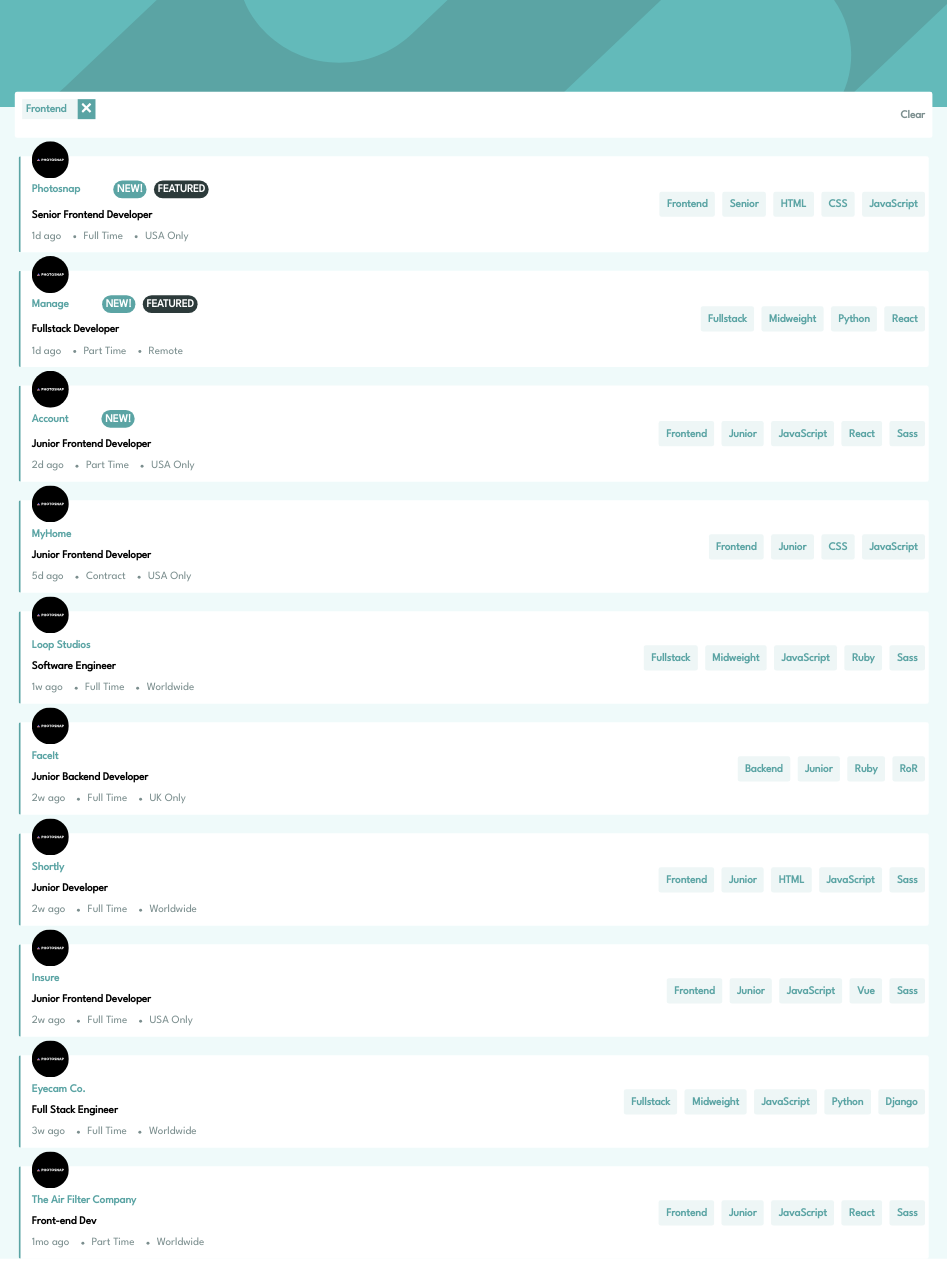
Repository: DevLaukey/job-listing
Page: /
The author's editor kept a copy of each file at every save. The page is drawn from the files as they stood at one save, then again after the next save.
The browser window is 1280 px wide. The pictures show the whole page, at 74% of full size.
Some web fonts or font styles are not loaded; a fallback is used. The project was rebuilt for these pictures with package versions that can differ from the ones it lists, and the page was loaded fresh each time.

Above is the page before, as saved 2022-06-03 01:18:10.

### src/App.js
import "./App.css";
import Filter from "./components/Filter";
import Header from "./components/Header";
import Tablet from "./components/Tablet";
import data from "./data.json";

function App() {
  const tablets = data.map((data) => <Tablet
    key={data.id}
    company={data.company}
    neew={data.new}
    featured={data.featured}
    position={data.position}
    role={data.role}
    level={data.level}
    postedAt={data.postedAt}
    contract={data.contract}
    location={data.location}
    languages={data.languages}
    tools={data.tools}
    logo={data.logo} />);
  return (
    <div className="App">
      <Header />
      <Filter />
      <div className="content">{tablets}</div>
    </div>
  );
}

export default App;

### src/App.css
@import url('https://fonts.googleapis.com/css2?family=Grape+Nuts&family=League+Spartan&display=swap');
*{
  margin: 0;
  padding: 0;
  box-sizing: border-box;
}
.App{
  background-color: hsl(180, 52%, 96%);
  font-size: 15px;
}

### src/components/Filter.js
import React from "react";
import icon from "./images/icon-remove.svg";
function Filter() {
  return (
    <div className="tablet filter">
      <div className="option">
        <p className="front-end">Frontend</p>
        <div className="icon">
          <img src={icon} alt="" />
        </div>
      </div>

      <div className="clear">
        <p>Clear</p>
      </div>
    </div>
  );
}

export default Filter;

### src/components/Header.js
import React from 'react'
import "./styles.css"

function Header() {
  return (
    <header className='header'></header>
  )
}

export default Header

### src/components/Tablet.js
import React from "react";
import "./styles.css";
import logos from "./images/photosnap.svg";
function Tablet({ key, company, logo, neew, featured, position, role, level, postedAt, contract, location, languages, tools }) {
    // console.log(logo);
    // const logos = require(logo).default;
    // console.log(logos)

    const handleFilter =  (e) => {
        console.log(document.getElementById("category").innerHTML);
    }
    return (
      <div className="tablet boarder">
        <div className="tablet_content" >
          <img className="image" src={logos} alt="" />

          <div className="heading">
            <div className="company">
              <p>{company}</p>
            </div>
            <div>{neew && <p className="new">NEW!</p>}</div>
            <div>{featured && <p className="featured">FEATURED</p>}</div>
          </div>
          <div className="title">
            <p>{position}</p>
          </div>
          <div className="details">
            <p>{postedAt}</p>
            <ul className="list">
              <li>{contract}</li>
              <li className="country">{location}</li>
            </ul>
          </div>
          <hr className="line" />
        </div>
          <div className="tags">
            <p className="category" id="category" onClick={handleFilter}>{role}</p>
            <p className="category" onClick={handleFilter}>{level}</p>
            {languages.map((language) => (
              <p className="category" onClick={handleFilter}> {language}</p>
            ))}
            {tools.map((tool) => (
              <p className="category" onClick={handleFilter}> {tool}</p>
            ))}
          </div>
      </div>
    );
}

export default Tablet;

### src/components/styles.css
.header {
  background-image: url(../assets/bg-header-mobile.svg);
  padding: 10vh;
  background-color: hsl(180, 29%, 50%);
}
.tablet {
  background-color: white;
  margin: 25px 25px 20px 25px;
  font-family: "League Spartan", sans-serif;
  border-radius: 3px;
  font-weight: 700;
}
.boarder {
  border-left: 3px solid hsl(180, 29%, 50%);
}
.tablet_content {
  margin-left: 15px;
  margin-right: 25px;
  align-items: center;
}
.image {
  height: 50px;
  margin-top: -20px;
}
.heading {
  display: flex;
}
.company {
  color: hsl(180, 29%, 50%);
  margin-right: 3em;
  margin-top: 5px;
}
.new {
  background-color: hsl(180, 29%, 50%);
  padding: 5px;
  color: white;
  border-radius: 25px;
  margin-right: 10px;
}
.featured {
  background-color: hsl(180, 14%, 20%);
  padding: 5px;
  color: white;
  border-radius: 25px;
}
.title {
  margin-top: 15px;
}
.details {
  display: flex;
  color: hsl(180, 8%, 52%);
  font-weight: 400;
  margin-top: 15px;
  margin-bottom: 15px;
}
.list {
  display: flex;
  margin-left: 2em;
}
.country {
  margin-left: 2em;
}
.line {
  margin-bottom: 15px;
  color: gray;
}
.tags {
  color: hsl(180, 29%, 50%);
  display: flex;
  flex-wrap: wrap;
}
.category {
  background-color: hsl(180, 31%, 95%);
  padding: 10px;
  border-radius: 3px;
  margin: 5px;
}

.filter {
  display: flex;
  padding: 10px;
  border-radius: 3px;
  margin: -20px 20px 5px 20px;
  flex-wrap: wrap;
  justify-content: space-between;
}
.option {
    background-color: hsl(180, 31%, 95%);
  color: hsl(180, 29%, 50%);
  display: flex;
  align-items: center;
  width : fit-content;
  margin-bottom: 15px;
}
.front-end{
 padding: 5px;
}
.icon {
  margin-left: 10px;
 flex-grow: 1;
 height:100%;
 padding: 5px;
  background-color: hsl(180, 29%, 50%);
}
.clear{
      color: hsl(180, 8%, 52%);

}
/* media query */

@media screen and (min-width: 768px) {
  .header {
    background-image: url(../assets/bg-header-desktop.svg);
  }
  .line {
    display: none;
  }
  .tablet {
    display: flex;
    align-items: center;
    justify-content: space-between;
  }
}

Loaded but not shown: public/index.html (common file); src/index.js (common file); src/index.css (common file); src/reportWebVitals.js (common file); src/data.json (common file)

After the next save:
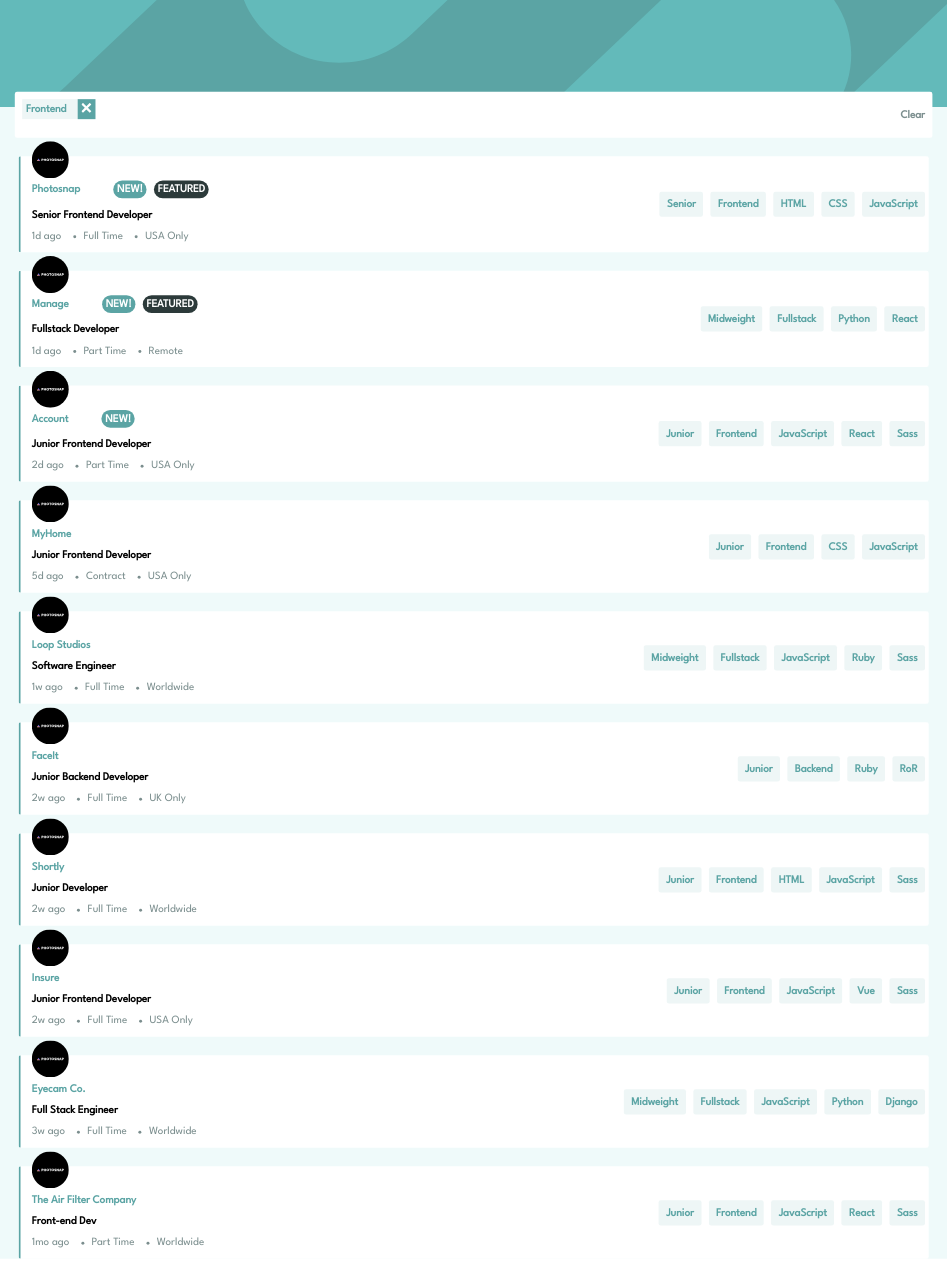
Saved 81 s later.
--- a/src/components/Tablet.js
+++ b/src/components/Tablet.js
@@ -34,8 +34,8 @@ function Tablet({ key, company, logo, neew, featured, position, role, level, pos
           <hr className="line" />
         </div>
           <div className="tags">
+            <p className="category" onClick={handleFilter}>{level}</p>
             <p className="category" id="category" onClick={handleFilter}>{role}</p>
-            <p className="category" onClick={handleFilter}>{level}</p>
             {languages.map((language) => (
               <p className="category" onClick={handleFilter}> {language}</p>
             ))}
